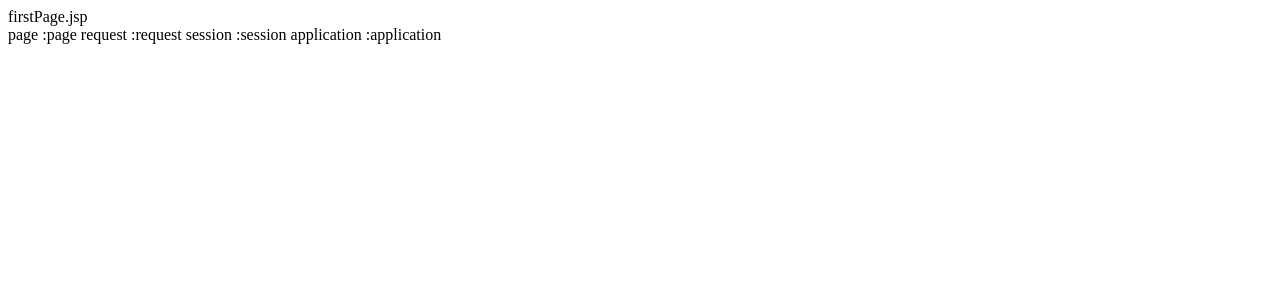
Repository: ryu1917/jsp
Page: http://localhost/jsp03/firstPage.jsp
An editor plug-in stored every save of this project. The page is shown before and after the next save, followed by the edit.
The browser window is 1280 px wide. The pictures show the whole page.
The page is served by Tomcat 9.

Above is the page before, as saved 2021-04-22 07:11:51.

After the next save:
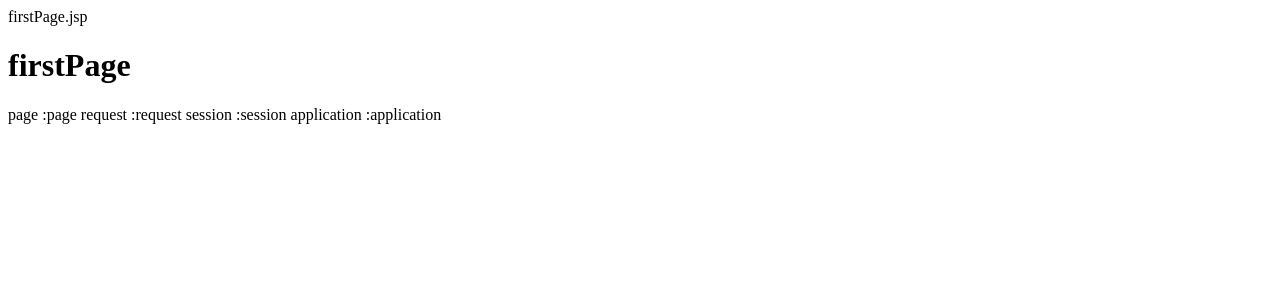
Saved 14 s later.
--- a/workspace/jsp03/src/main/webapp/firstPage.jsp
+++ b/workspace/jsp03/src/main/webapp/firstPage.jsp
@@ -14,6 +14,7 @@
 		application.setAttribute("name","application");
 
 	%>
+	<h1>firstPage</h1>
 	page :<%= pageContext.getAttribute("name") %>
 	request :<%= request.getAttribute("name") %>
 	session :<%= session.getAttribute("name") %>
